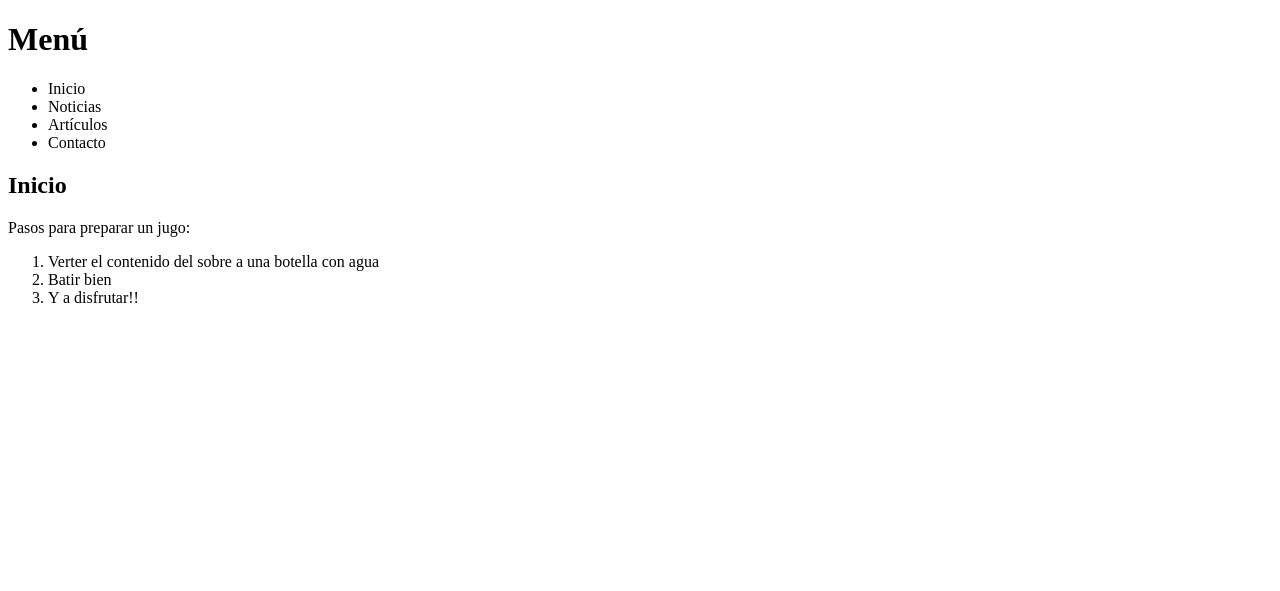
Repository: GonzaDelgado/JavaProjects
Page: modulo_html/WebContent/Listas.html
An editor plug-in stored every save of this project. The page is shown before and after the next save, followed by the edit.
The browser window is 1280 px wide. The pictures show the whole page.

Above is the page before, as saved 2021-02-06 15:10:54.

### modulo_html/WebContent/Listas.html
<!DOCTYPE html>
<html>
<head>
<meta charset="UTF-8">
<title>Listas</title>
</head>
<body>
	<h1>Menú</h1>
	<ul>
		<li>Inicio</li>
		<li>Noticias</li>
		<li>Artículos</li>
		<li>Contacto</li>
	</ul>
	<h2>Inicio</h2>
	<p>Pasos para preparar un jugo:</p>
	<ol>
		<li>Verter el contenido del sobre a una botella con agua</li>
		<li>Batir bien</li>
		<li>Y a disfrutar!!</li>
	</ol>
</body>
</html>

After the next save:
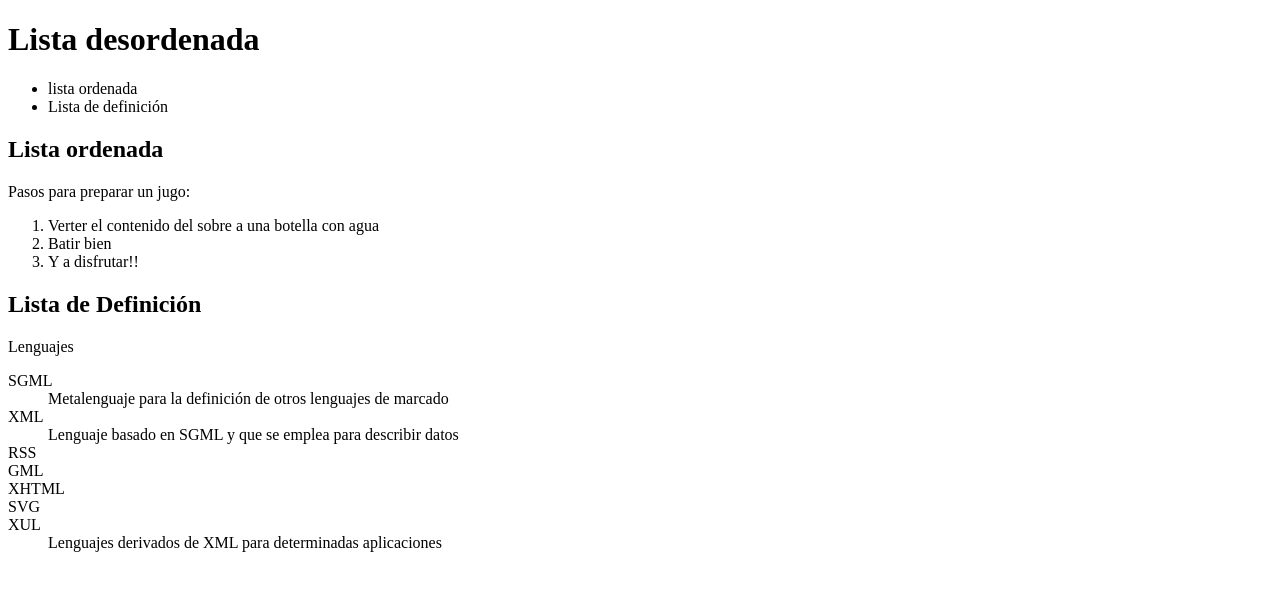
Saved 4 min 24 s later.
--- a/modulo_html/WebContent/Listas.html
+++ b/modulo_html/WebContent/Listas.html
@@ -5,19 +5,32 @@
 <title>Listas</title>
 </head>
 <body>
-	<h1>Menú</h1>
+	<h1>Lista desordenada</h1>
 	<ul>
-		<li>Inicio</li>
-		<li>Noticias</li>
-		<li>Artículos</li>
-		<li>Contacto</li>
+		<li>lista ordenada</li>
+		<li>Lista de definición</li>
 	</ul>
-	<h2>Inicio</h2>
+	<h2>Lista ordenada</h2>
 	<p>Pasos para preparar un jugo:</p>
 	<ol>
 		<li>Verter el contenido del sobre a una botella con agua</li>
 		<li>Batir bien</li>
 		<li>Y a disfrutar!!</li>
 	</ol>
+	<h2>Lista de Definición</h2>
+	<p>Lenguajes</p>
+	<dl>
+	<dt>SGML</dt>
+	<dd>Metalenguaje para la definición de otros lenguajes de marcado</dd>
+
+	<dt>XML</dt>
+	<dd>Lenguaje basado en SGML y que se emplea para describir datos</dd>
+	<dt>RSS</dt>
+	<dt>GML</dt>
+	<dt>XHTML</dt>
+	<dt>SVG</dt>
+	<dt>XUL</dt>
+	<dd>Lenguajes derivados de XML para determinadas aplicaciones</dd>
+	</dl>
 </body>
 </html>
